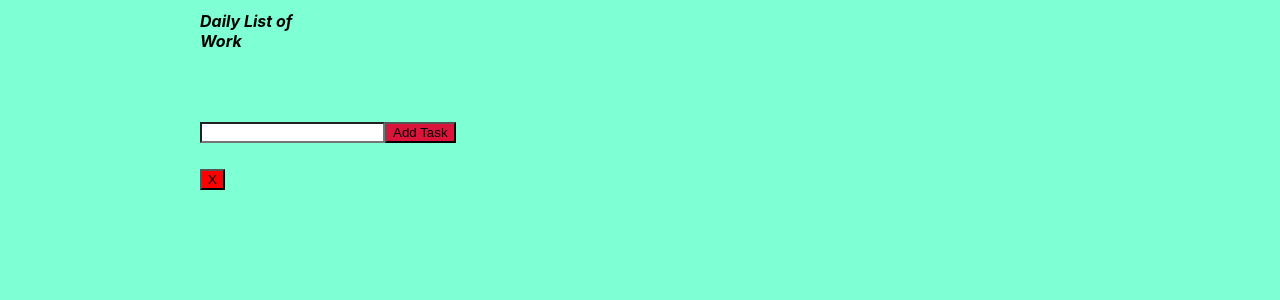
Repository: iamjayenmthakuri/todolist
Page: /, after clicking the first element matching `button.button`
An editor plug-in stored every save of this project. The page is shown before and after the next save, followed by the edit.
The browser window is 1280 px wide. The pictures show the whole page.
The project was rebuilt for these pictures with package versions that can differ from the ones it lists, and the page was loaded fresh each time.

Above is the page before, as saved 2022-09-19 10:34:54.

### src/App.js
import React from 'react';
import { useState } from 'react';
import "./App.css";

function App() {
  const [todoList, setTodoList] = useState([]);
  const [newTask, setNewTask] = useState("");

  const handleOnChange = (event) => {
    setNewTask(event.target.value)
  };

  const addTask = () => {
    const task = {
      id: todoList.length === 0 ? 1 : todoList[todoList.length - 1].id + 1,
      taskName: newTask,
    }
    setTodoList([...todoList, task]);
  };

  const deleteTask = (id) => {
    setTodoList(todoList.filter((task) => task.id !== id));
  };
  return (
    <div>
      <div><h1 className='title'>Daily List of Work</h1>

      <input  className='input' onChange={handleOnChange} />
      <button className='button' onClick={addTask}>Add Task</button>
      {todoList.map((task) => {
        return (<>
          <div className='container'>
            <h6 className='hig'>{task.taskName}</h6>
            </div>
            <button className='bt' onClick={() => deleteTask(task.id)}>X</button>
            </>
        );
      })}
    </div>
    </div>
  );
}

export default App;

### src/App.css
body{
  background-color: aquamarine;
  display:grid;
  background-position: center;
  position: absolute;
}
.title{
  height: 100px;
  width: 110px;
  font-size: medium;
  font-weight: bold;
  font-style: italic;
  background-position: center;
  transform: translate(200px);
}
.container{
  background-color: white;
  height:max-content;
  width:min-content;
  margin-bottom: auto;
  margin-top: auto;
}
hig{
  background-color: white;
  margin-bottom: auto;
  margin-top: auto;
}


.bt{
  background-color: red;
  height: min-content;
  width: min-content;
  margin: auto;
  transform: translate(200px);
}
.input{
  background-color: white;
  height: max-content;
  width: max-content;
  transform: translate(200px);
}
.button{
  background-color:crimson;
  height: max-content;
  width: max-content;
  transform: translate(200px);
}

Loaded but not shown: public/index.html (common file); src/index.js (common file); src/index.css (common file); src/reportWebVitals.js (common file)

After the next save:
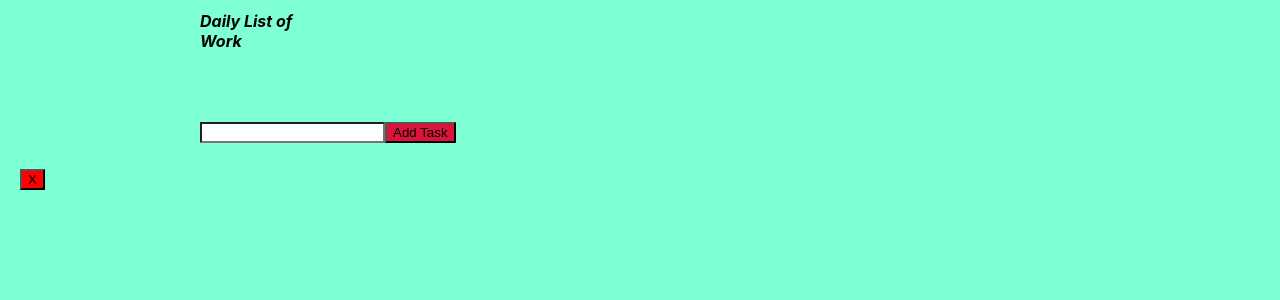
Saved 9 s later.
--- a/src/App.css
+++ b/src/App.css
@@ -32,7 +32,7 @@ hig{
   height: min-content;
   width: min-content;
   margin: auto;
-  transform: translate(200px);
+  transform: translate(20px);
 }
 .input{
   background-color: white;
